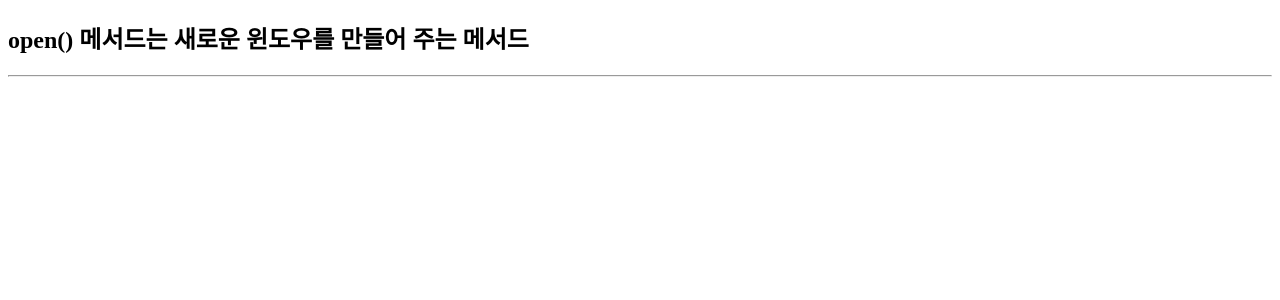
Repository: kimjoohye/study_WEB
Page: workspace/studyhtml5/WebContent/js/j08/h04.html
These files come from the project's save history. The page is drawn as it stood at one moment and after the next save; the edit follows.
The browser window is 1280 px wide. The pictures show the whole page.

Above is the page before, as saved 2022-05-06 01:31:17.

### workspace/studyhtml5/WebContent/js/j08/h04.html
<!DOCTYPE html>
<html>
<head>
<meta name="viewport" content="width=device-width,initial-scale=1.0">
<meta charset="UTF-8">
<!--스타일 시트 -->
<style type="text/css">

</style>

<title>Insert title here</title>
<!--자바스크립트 코드 -->
<script type="text/javascript"></script>
</head>
<body>
   <h2>open() 메서드는 새로운 윈도우를 만들어 주는 메서드</h2>
   <hr/>

</body>
</html>

After the next save:
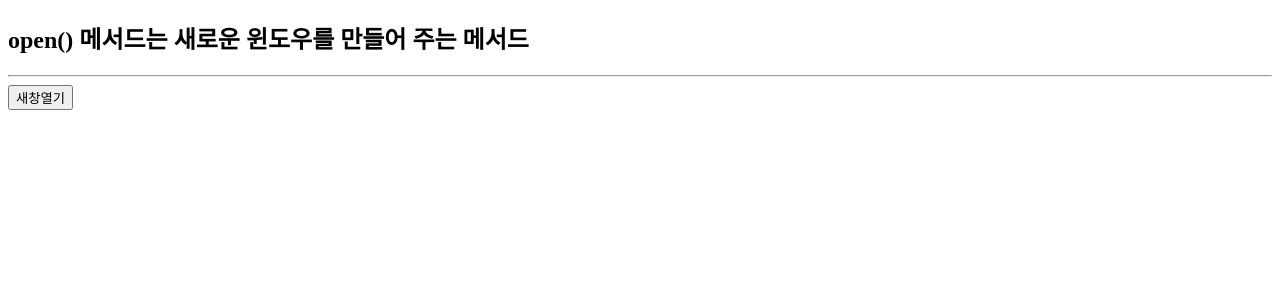
Console error: TypeError: window.onload is not a function
Saved 3 min 37 s later.
--- a/workspace/studyhtml5/WebContent/js/j08/h04.html
+++ b/workspace/studyhtml5/WebContent/js/j08/h04.html
@@ -10,11 +10,20 @@
 
 <title>Insert title here</title>
 <!--자바스크립트 코드 -->
-<script type="text/javascript"></script>
+<script type="text/javascript">
+  window.onload() = function() {
+	let bt = document.getElementById('bt');
+	bt.click = function name() {
+		window.open('https://cafe.daum.net/pcwk', 'pcwk', 'width=600, height=400')
+	}
+  };
+</script>
 </head>
 <body>
    <h2>open() 메서드는 새로운 윈도우를 만들어 주는 메서드</h2>
    <hr/>
+   <button id="bt">새창열기</button>
+
 
 </body>
 </html>

After the 5 saves that followed:
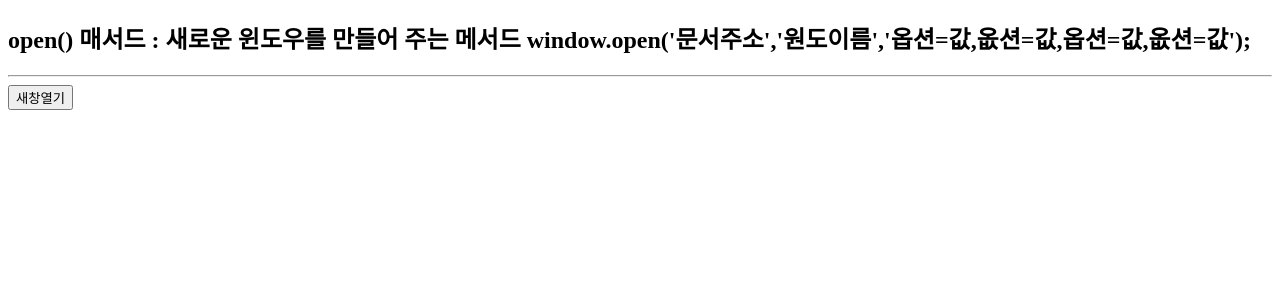
The error is gone.
The 5 saves are shown as one change because 4 left the picture as it was.
The last was saved 4 min 9 s later.
--- a/workspace/studyhtml5/WebContent/js/j08/h04.html
+++ b/workspace/studyhtml5/WebContent/js/j08/h04.html
@@ -3,27 +3,46 @@
 <head>
 <meta name="viewport" content="width=device-width,initial-scale=1.0">
 <meta charset="UTF-8">
+<link rel="shortcut icon" type="image/x-icon" href="/studyhtml5/favicon (3).ico">
 <!--스타일 시트 -->
 <style type="text/css">
-
 </style>
-
 <title>Insert title here</title>
 <!--자바스크립트 코드 -->
 <script type="text/javascript">
-  window.onload() = function() {
-	let bt = document.getElementById('bt');
-	bt.click = function name() {
-		window.open('https://cafe.daum.net/pcwk', 'pcwk', 'width=600, height=400')
-	}
-  };
+    window.onload = function(){
+       let bt = document.getElementById('bt');
+       bt.onclick = function (){
+          //window.open('https://cafe.daum.net/pcwk','pcwk','width=600,height=400,left=100,top=10');
+          window.open('/studyhtml5/js/j08/h03.html','pcwk','width=600,height=400,left=100,top=10');
+       };
+    };
+
 </script>
 </head>
 <body>
-   <h2>open() 메서드는 새로운 윈도우를 만들어 주는 메서드</h2>
+   <h2>open() 매서드 : 새로운 윈도우를 만들어 주는 메서드
+   window.open('문서주소','원도이름','옵션=값,옶션=값,옵션=값,옶션=값');</h2>
    <hr/>
    <button id="bt">새창열기</button>
 
-
+<!--    window.open('windowopen.html', 'window팝업', 'width=400, height=600, menubar=no, status=no, toolbar=no');
+      width : 팝업창 가로길이
+      height : 팝업창 세로길이
+      toolbar=no : 단축도구창(툴바) 표시안함
+      menubar=no : 메뉴창(메뉴바) 표시안함
+      location=no : 주소창 표시안함
+      scrollbars=no : 스크롤바 표시안함
+      status=no : 아래 상태바창 표시안함
+      resizable=no : 창변형 하지않음
+      fullscreen=no : 전체화면 하지않음
+      channelmode=yes : F11 키 기능이랑 같음
+      left=0 : 왼쪽에 창을 고정(ex. left=30 이런식으로 조절)
+      top=0 : 위쪽에 창을 고정(ex. top=100 이런식으로 조절)
+      navigator : 브라우저명과 비번정보를 속성으로 가짐
+      document : 현재문서에 대한 정보
+      location : 현재 URL에 대한 정보
+      history : 현재 브라우저가 접근했던 URL history
+      screen : 브라우저 외부환경에 대한 정보 -->
 </body>
 </html>
